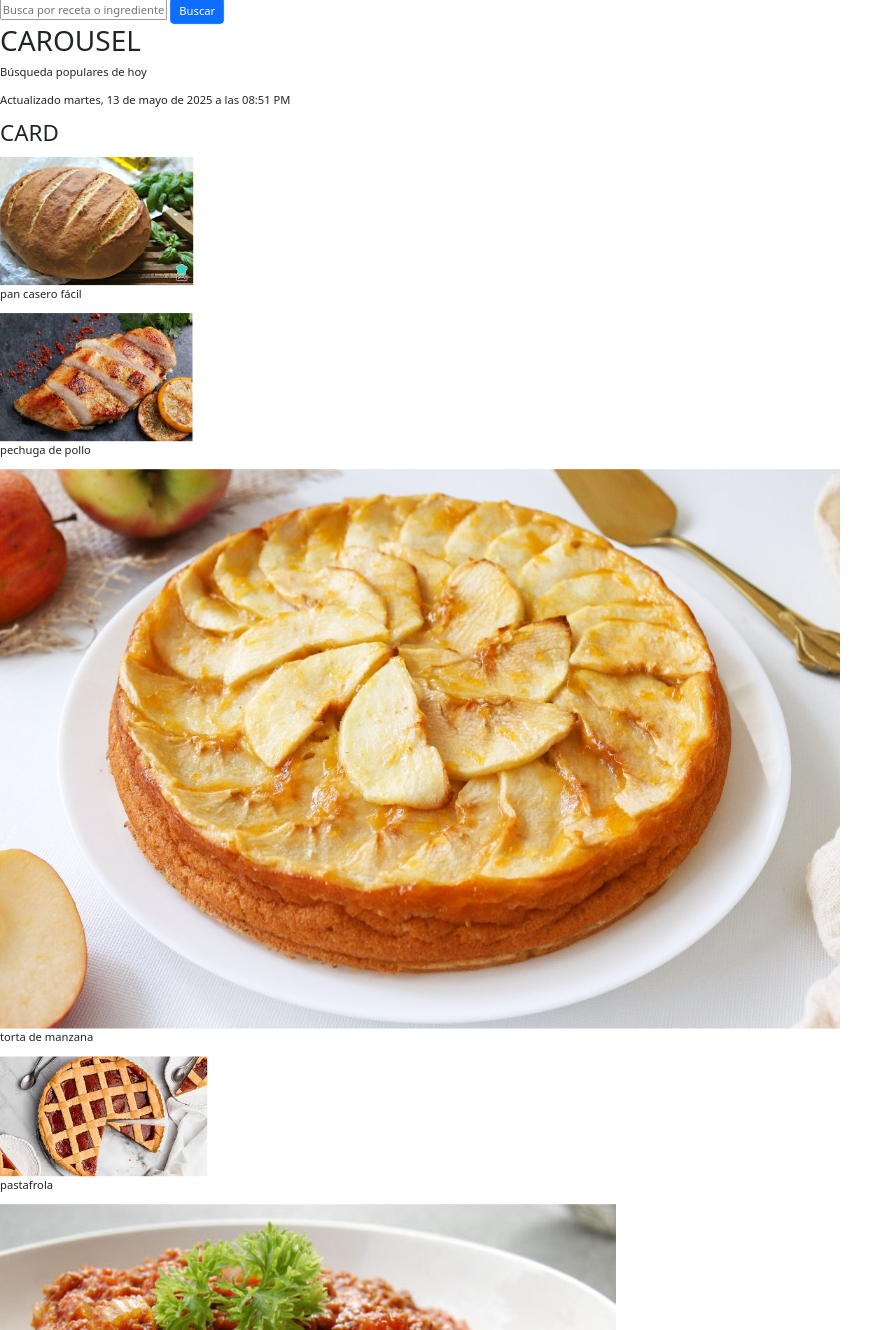
Repository: lucasp3113/coockpad
Page: index.html
These files come from the project's save history. The page is drawn as it stood at one moment and after the next save; the edit follows.
The browser window is 1280 px wide. The pictures show the part of the page from y = 336 to 2236 px (the page is 3646 px tall before and 3662 px after), at 70% of full size.
A picture or video elsewhere on the page could not be fetched, so the positions and the page height are approximate.

Above is the page before, as saved 2025-05-14 09:00:09.

After the next save:
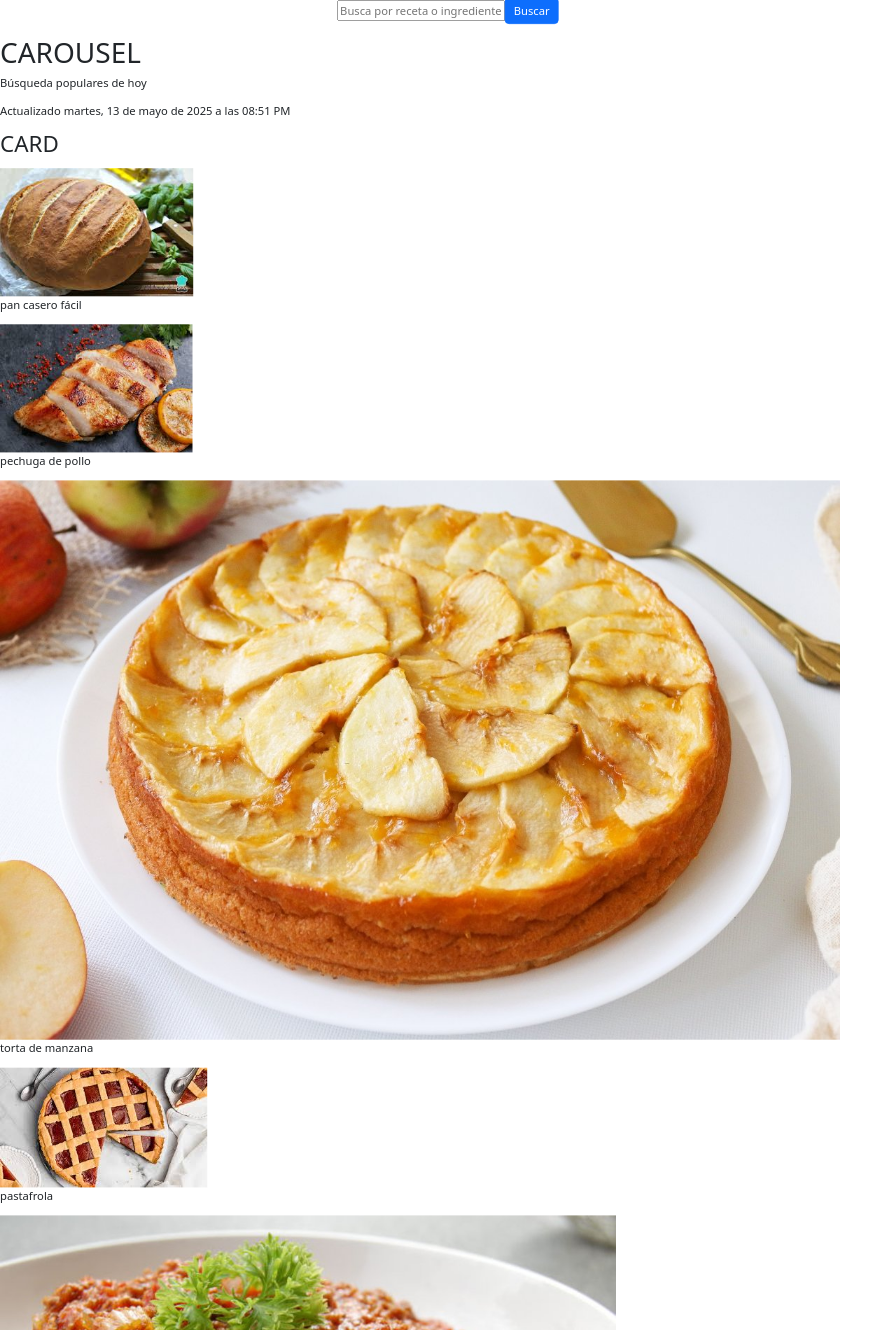
Saved 5 min 52 s later.
--- a/index.html
+++ b/index.html
@@ -13,7 +13,7 @@
         <img src="logo_coockpad.png" alt="" />
         <h1>cookpad</h1>
     </header>
-    <nav>
+    <nav class="d-flex flex-row d-flex justify-content-center d-flex align-items-center m-3">
         <input type="text" placeholder="Busca por receta o ingredientes"/>
         <button type="submit" class="btn btn-primary">Buscar</button>
     </nav>
